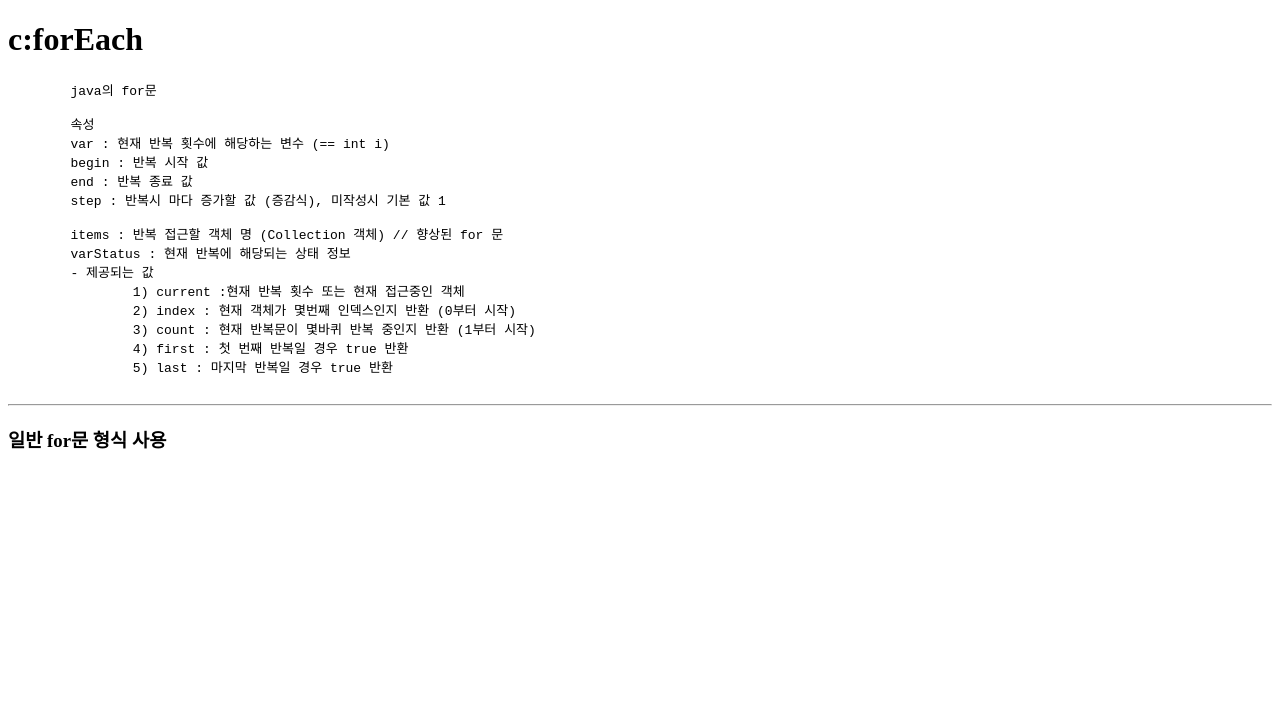
Repository: Seenee-Shin/servlet-jsp
Page: http://localhost/JSPProject/06_JSTL_2.jsp
The author's editor kept a copy of each file at every save. The page is drawn from the files as they stood at one save, then again after the next save.
The browser window is 1280 px wide. The pictures show the whole page.
The page is served by Tomcat 9.

Above is the page before, as saved 2021-11-30 02:46:22.

After the next save:
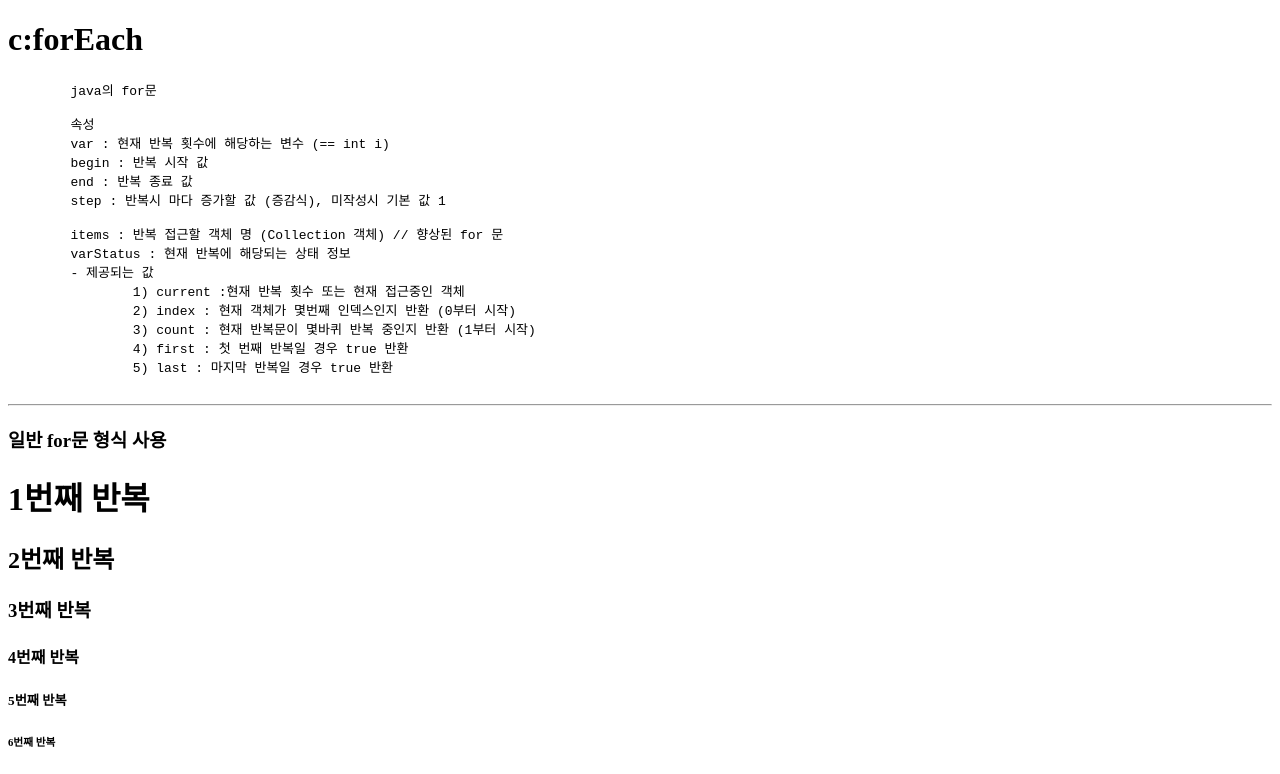
Saved 84 s later.
--- a/JSPProject/src/main/webapp/06_JSTL_2.jsp
+++ b/JSPProject/src/main/webapp/06_JSTL_2.jsp
@@ -31,7 +31,7 @@
 	<hr>
 	<h3>일반 for문 형식 사용 </h3>
 	<c:forEach var="i" begin="1" end="6" >
-
+	<h${i}>${i}번째 반복</h${i}>
 	</c:forEach>
 </body>
 </html>
